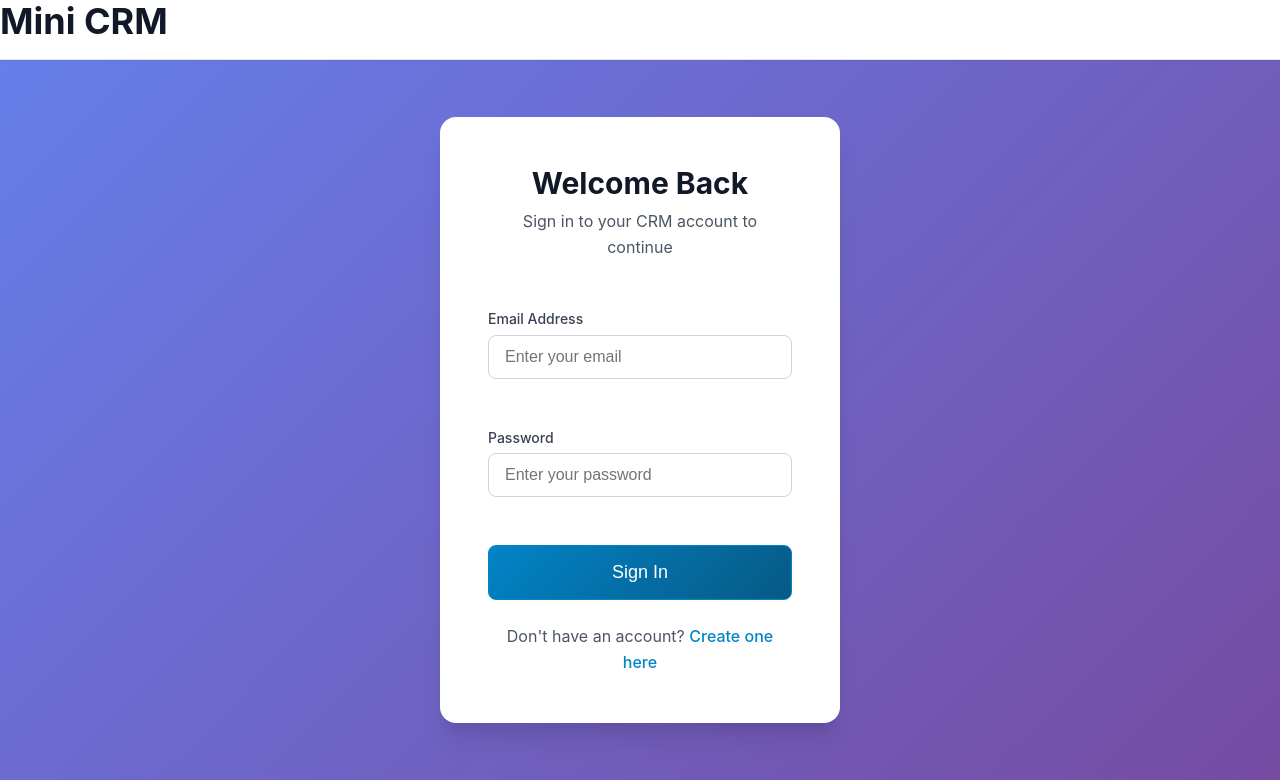
Repository: KarthikMallareddy/Mini-CRM
Page: /reports (app in frontend/)
These files come from the project's save history. The page is drawn as it stood at one moment and after the next save; the edit follows.
The browser window is 1280 px wide. The pictures show the whole page.
The project was rebuilt for these pictures with package versions that can differ from the ones it lists, and the page was loaded fresh each time. Also part of the build but not shown: frontend/src/components/CustomerList.js, frontend/src/components/LeadList.js, frontend/src/components/CustomerDetail.js, frontend/src/components/LeadForm.js, frontend/src/pages/Register.js, frontend/src/pages/Dashboard.js, frontend/src/pages/Reports.js.

Above is the page before, as saved 2025-09-14 11:33:59.

### frontend/public/index.html
<!DOCTYPE html>
<html lang="en">
  <head>
    <meta charset="utf-8" />
    <meta name="viewport" content="width=device-width, initial-scale=1" />
    <meta name="theme-color" content="#000000" />
    <meta
      name="description"
      content="Mini CRM application"
    />
    <title>Mini CRM</title>
  </head>
  <body>
    <noscript>You need to enable JavaScript to run this app.</noscript>
    <div id="root"></div>
  </body>
</html>

### frontend/src/index.js
import React from 'react';
import ReactDOM from 'react-dom/client';
import './styles/global.css';
import './styles/components.css';
import App from './App';
import reportWebVitals from './reportWebVitals';

const root = ReactDOM.createRoot(document.getElementById('root'));
root.render(
  <React.StrictMode>
    <App />
  </React.StrictMode>
);

reportWebVitals();

### frontend/src/styles/global.css
/* Design System Variables */
:root {
  /* Primary Colors */
  --primary-50: #f0f9ff;
  --primary-100: #e0f2fe;
  --primary-200: #bae6fd;
  --primary-300: #7dd3fc;
  --primary-400: #38bdf8;
  --primary-500: #0ea5e9;
  --primary-600: #0284c7;
  --primary-700: #0369a1;
  --primary-800: #075985;
  --primary-900: #0c4a6e;

  /* Neutral Colors */
  --gray-50: #f9fafb;
  --gray-100: #f3f4f6;
  --gray-200: #e5e7eb;
  --gray-300: #d1d5db;
  --gray-400: #9ca3af;
  --gray-500: #6b7280;
  --gray-600: #4b5563;
  --gray-700: #374151;
  --gray-800: #1f2937;
  --gray-900: #111827;

  /* Status Colors */
  --success-500: #10b981;
  --warning-500: #f59e0b;
  --error-500: #ef4444;
  --info-500: #3b82f6;

  /* Gradients */
  --gradient-primary: linear-gradient(135deg, var(--primary-600) 0%, var(--primary-800) 100%);
  --gradient-secondary: linear-gradient(135deg, #667eea 0%, #764ba2 100%);
  --gradient-success: linear-gradient(135deg, #84fab0 0%, #8fd3f4 100%);

  /* Shadows */
  --shadow-sm: 0 1px 2px 0 rgba(0, 0, 0, 0.05);
  --shadow-md: 0 4px 6px -1px rgba(0, 0, 0, 0.1), 0 2px 4px -1px rgba(0, 0, 0, 0.06);
  --shadow-lg: 0 10px 15px -3px rgba(0, 0, 0, 0.1), 0 4px 6px -2px rgba(0, 0, 0, 0.05);
  --shadow-xl: 0 20px 25px -5px rgba(0, 0, 0, 0.1), 0 10px 10px -5px rgba(0, 0, 0, 0.04);

  /* Borders */
  --border-radius-sm: 0.375rem;
  --border-radius-md: 0.5rem;
  --border-radius-lg: 0.75rem;
  --border-radius-xl: 1rem;

  /* Spacing */
  --spacing-xs: 0.25rem;
  --spacing-sm: 0.5rem;
  --spacing-md: 1rem;
  --spacing-lg: 1.5rem;
  --spacing-xl: 2rem;
  --spacing-2xl: 3rem;

  /* Typography */
  --font-size-xs: 0.75rem;
  --font-size-sm: 0.875rem;
  --font-size-md: 1rem;
  --font-size-lg: 1.125rem;
  --font-size-xl: 1.25rem;
  --font-size-2xl: 1.5rem;
  --font-size-3xl: 1.875rem;
  --font-size-4xl: 2.25rem;
}

/* Reset and Base Styles */
* {
  margin: 0;
  padding: 0;
  box-sizing: border-box;
}

body {
  font-family: 'Inter', -apple-system, BlinkMacSystemFont, 'Segoe UI', 'Roboto', 'Oxygen',
    'Ubuntu', 'Cantarell', 'Fira Sans', 'Droid Sans', 'Helvetica Neue', sans-serif;
  -webkit-font-smoothing: antialiased;
  -moz-osx-font-smoothing: grayscale;
  background: var(--gray-50);
  color: var(--gray-900);
  line-height: 1.6;
}

/* Typography */
h1, h2, h3, h4, h5, h6 {
  font-weight: 700;
  line-height: 1.2;
  margin-bottom: var(--spacing-md);
}

h1 { font-size: var(--font-size-4xl); }
h2 { font-size: var(--font-size-3xl); }
h3 { font-size: var(--font-size-2xl); }
h4 { font-size: var(--font-size-xl); }
h5 { font-size: var(--font-size-lg); }
h6 { font-size: var(--font-size-md); }

p {
  margin-bottom: var(--spacing-md);
  color: var(--gray-600);
}

/* Button System */
.btn {
  display: inline-flex;
  align-items: center;
  justify-content: center;
  padding: var(--spacing-sm) var(--spacing-lg);
  border: none;
  border-radius: var(--border-radius-md);
  font-size: var(--font-size-sm);
  font-weight: 500;
  text-decoration: none;
  cursor: pointer;
  transition: all 0.2s ease;
  outline: none;
  min-height: 44px;
}

.btn:focus {
  box-shadow: 0 0 0 3px rgba(59, 130, 246, 0.1);
}

.btn-primary {
  background: var(--gradient-primary);
  color: white;
  border: 1px solid var(--primary-600);
}

.btn-primary:hover {
  transform: translateY(-1px);
  box-shadow: var(--shadow-lg);
}

.btn-secondary {
  background: white;
  color: var(--gray-700);
  border: 1px solid var(--gray-300);
}

.btn-secondary:hover {
  background: var(--gray-50);
  border-color: var(--gray-400);
}

.btn-success {
  background: var(--success-500);
  color: white;
  border: 1px solid var(--success-500);
}

.btn-success:hover {
  background: #059669;
  transform: translateY(-1px);
}

.btn-danger {
  background: var(--error-500);
  color: white;
  border: 1px solid var(--error-500);
}

.btn-danger:hover {
  background: #dc2626;
  transform: translateY(-1px);
}

.btn-sm {
  padding: var(--spacing-xs) var(--spacing-sm);
  font-size: var(--font-size-xs);
  min-height: 32px;
}

.btn-lg {
  padding: var(--spacing-md) var(--spacing-xl);
  font-size: var(--font-size-lg);
  min-height: 52px;
}

/* Form System */
.form-group {
  margin-bottom: var(--spacing-lg);
}

.form-label {
  display: block;
  font-size: var(--font-size-sm);
  font-weight: 500;
  color: var(--gray-700);
  margin-bottom: var(--spacing-xs);
}

.form-input, .form-select, .form-textarea {
  width: 100%;
  padding: var(--spacing-sm) var(--spacing-md);
  border: 1px solid var(--gray-300);
  border-radius: var(--border-radius-md);
  font-size: var(--font-size-md);
  transition: all 0.2s ease;
  background: white;
  min-height: 44px;
}

.form-input:focus, .form-select:focus, .form-textarea:focus {
  outline: none;
  border-color: var(--primary-500);
  box-shadow: 0 0 0 3px rgba(59, 130, 246, 0.1);
}

.form-textarea {
  resize: vertical;
  min-height: 100px;
}

/* Card System */
.card {
  background: white;
  border-radius: var(--border-radius-lg);
  box-shadow: var(--shadow-sm);
  border: 1px solid var(--gray-200);
  overflow: hidden;
  transition: all 0.2s ease;
}

.card:hover {
  box-shadow: var(--shadow-md);
  transform: translateY(-2px);
}

.card-header {
  padding: var(--spacing-lg);
  border-bottom: 1px solid var(--gray-200);
  background: var(--gray-50);
}

.card-body {
  padding: var(--spacing-lg);
}

.card-footer {
  padding: var(--spacing-lg);
  border-top: 1px solid var(--gray-200);
  background: var(--gray-50);
}

/* Grid System */
.grid {
  display: grid;
  gap: var(--spacing-lg);
}

.grid-cols-1 { grid-template-columns: repeat(1, 1fr); }
.grid-cols-2 { grid-template-columns: repeat(2, 1fr); }
.grid-cols-3 { grid-template-columns: repeat(3, 1fr); }
.grid-cols-4 { grid-template-columns: repeat(4, 1fr); }

/* Flexbox Utilities */
.flex { display: flex; }
.flex-col { flex-direction: column; }
.items-center { align-items: center; }
.justify-center { justify-content: center; }
.justify-between { justify-content: space-between; }
.gap-sm { gap: var(--spacing-sm); }
.gap-md { gap: var(--spacing-md); }
.gap-lg { gap: var(--spacing-lg); }

/* Status Badges */
.badge {
  display: inline-flex;
  align-items: center;
  padding: var(--spacing-xs) var(--spacing-sm);
  border-radius: var(--border-radius-sm);
  font-size: var(--font-size-xs);
  font-weight: 500;
  text-transform: uppercase;
  letter-spacing: 0.05em;
}

.badge-new { background: var(--info-500); color: white; }
.badge-contacted { background: var(--warning-500); color: white; }
.badge-converted { background: var(--success-500); color: white; }
.badge-lost { background: var(--error-500); color: white; }

/* Loading States */
.loading {
  display: flex;
  align-items: center;
  justify-content: center;
  padding: var(--spacing-2xl);
  color: var(--gray-500);
}

.spinner {
  width: 24px;
  height: 24px;
  border: 2px solid var(--gray-200);
  border-top: 2px solid var(--primary-500);
  border-radius: 50%;
  animation: spin 1s linear infinite;
  margin-right: var(--spacing-sm);
}

@keyframes spin {
  0% { transform: rotate(0deg); }
  100% { transform: rotate(360deg); }
}

/* Animations */
@keyframes fadeIn {
  from { opacity: 0; transform: translateY(10px); }
  to { opacity: 1; transform: translateY(0); }
}

@keyframes slideIn {
  from { transform: translateX(-100%); }
  to { transform: translateX(0); }
}

.fade-in {
  animation: fadeIn 0.3s ease-out;
}

.slide-in {
  animation: slideIn 0.3s ease-out;
}

/* Container */
.container {
  max-width: 1200px;
  margin: 0 auto;
  padding: 0 var(--spacing-lg);
}

/* Error and Success Messages */
.alert {
  padding: var(--spacing-md);
  border-radius: var(--border-radius-md);
  margin-bottom: var(--spacing-lg);
  border: 1px solid;
}

.alert-success {
  background: #f0fdf4;
  border-color: var(--success-500);
  color: #166534;
}

.alert-error {
  background: #fef2f2;
  border-color: var(--error-500);
  color: #991b1b;
}

.alert-info {
  background: #eff6ff;
  border-color: var(--info-500);
  color: #1e40af;
}

/* Responsive Design */
@media (max-width: 768px) {
  .grid-cols-2 { grid-template-columns: 1fr; }
  .grid-cols-3 { grid-template-columns: 1fr; }
  .grid-cols-4 { grid-template-columns: repeat(2, 1fr); }

  .btn {
    width: 100%;
    justify-content: center;
  }

  .flex {
    flex-direction: column;
  }

  .justify-between {
    align-items: stretch;
    gap: var(--spacing-sm);
  }
}

@media (max-width: 480px) {
  .grid-cols-4 { grid-template-columns: 1fr; }
}

/* Utility Classes */
.text-center { text-align: center; }
.text-right { text-align: right; }
.text-primary { color: var(--primary-600); }
.text-success { color: var(--success-500); }
.text-warning { color: var(--warning-500); }
.text-error { color: var(--error-500); }
.text-muted { color: var(--gray-500); }

.bg-primary { background: var(--primary-500); }
.bg-success { background: var(--success-500); }
.bg-warning { background: var(--warning-500); }
.bg-error { background: var(--error-500); }

.w-full { width: 100%; }
.h-full { height: 100%; }
.min-h-screen { min-height: 100vh; }

.cursor-pointer { cursor: pointer; }
.select-none { user-select: none; }

### frontend/src/styles/components.css
/* Authentication Pages Styles */
.auth-page {
  min-height: 100vh;
  display: flex;
  align-items: center;
  justify-content: center;
  background: var(--gradient-secondary);
  padding: var(--spacing-lg);
}

.auth-container {
  background: white;
  border-radius: var(--border-radius-xl);
  box-shadow: var(--shadow-xl);
  padding: var(--spacing-2xl);
  width: 100%;
  max-width: 400px;
  animation: fadeIn 0.5s ease-out;
}

.auth-header {
  text-align: center;
  margin-bottom: var(--spacing-2xl);
}

.auth-title {
  font-size: var(--font-size-3xl);
  font-weight: 700;
  color: var(--gray-900);
  margin-bottom: var(--spacing-sm);
}

.auth-subtitle {
  color: var(--gray-600);
  font-size: var(--font-size-md);
}

.auth-form {
  display: flex;
  flex-direction: column;
  gap: var(--spacing-lg);
}

.auth-toggle {
  text-align: center;
  margin-top: var(--spacing-lg);
  color: var(--gray-600);
}

.auth-toggle a {
  color: var(--primary-600);
  text-decoration: none;
  font-weight: 500;
}

.auth-toggle a:hover {
  color: var(--primary-700);
  text-decoration: underline;
}

/* Dashboard Styles */
.dashboard {
  min-height: 100vh;
  background: var(--gray-50);
}

.dashboard-header {
  background: white;
  border-bottom: 1px solid var(--gray-200);
  padding: var(--spacing-lg) 0;
  margin-bottom: var(--spacing-xl);
}

.dashboard-title {
  font-size: var(--font-size-3xl);
  font-weight: 700;
  color: var(--gray-900);
  margin-bottom: var(--spacing-sm);
}

.stats-grid {
  display: grid;
  grid-template-columns: repeat(auto-fit, minmax(250px, 1fr));
  gap: var(--spacing-lg);
  margin-bottom: var(--spacing-2xl);
}

.stat-card {
  background: white;
  border-radius: var(--border-radius-lg);
  padding: var(--spacing-lg);
  box-shadow: var(--shadow-sm);
  border: 1px solid var(--gray-200);
  transition: all 0.2s ease;
}

.stat-card:hover {
  box-shadow: var(--shadow-md);
  transform: translateY(-2px);
}

.stat-icon {
  width: 48px;
  height: 48px;
  border-radius: var(--border-radius-md);
  display: flex;
  align-items: center;
  justify-content: center;
  margin-bottom: var(--spacing-md);
  font-size: var(--font-size-xl);
  color: white;
}

.stat-icon.customers { background: var(--gradient-primary); }
.stat-icon.leads { background: var(--gradient-success); }
.stat-icon.revenue { background: var(--gradient-secondary); }

.stat-value {
  font-size: var(--font-size-2xl);
  font-weight: 700;
  color: var(--gray-900);
  margin-bottom: var(--spacing-xs);
}

.stat-label {
  color: var(--gray-600);
  font-size: var(--font-size-sm);
  font-weight: 500;
}

.dashboard-content {
  display: grid;
  grid-template-columns: 1fr 400px;
  gap: var(--spacing-xl);
  align-items: start;
}

@media (max-width: 1024px) {
  .dashboard-content {
    grid-template-columns: 1fr;
  }
}

/* Customer List Styles */
.customer-list {
  background: white;
  border-radius: var(--border-radius-lg);
  box-shadow: var(--shadow-sm);
  border: 1px solid var(--gray-200);
  overflow: hidden;
}

.customer-list-header {
  padding: var(--spacing-lg);
  border-bottom: 1px solid var(--gray-200);
  background: var(--gray-50);
  display: flex;
  justify-content: between;
  align-items: center;
  flex-wrap: wrap;
  gap: var(--spacing-md);
}

.search-bar {
  flex: 1;
  min-width: 250px;
}

.search-input {
  width: 100%;
  padding: var(--spacing-sm) var(--spacing-md);
  border: 1px solid var(--gray-300);
  border-radius: var(--border-radius-md);
  font-size: var(--font-size-sm);
  transition: all 0.2s ease;
}

.search-input:focus {
  outline: none;
  border-color: var(--primary-500);
  box-shadow: 0 0 0 3px rgba(59, 130, 246, 0.1);
}

.customers-grid {
  display: grid;
  grid-template-columns: repeat(auto-fill, minmax(300px, 1fr));
  gap: var(--spacing-lg);
  padding: var(--spacing-lg);
}

.customer-card {
  background: white;
  border: 1px solid var(--gray-200);
  border-radius: var(--border-radius-lg);
  padding: var(--spacing-lg);
  transition: all 0.2s ease;
  cursor: pointer;
}

.customer-card:hover {
  box-shadow: var(--shadow-md);
  transform: translateY(-2px);
  border-color: var(--primary-300);
}

.customer-card h3 {
  font-size: var(--font-size-lg);
  font-weight: 600;
  color: var(--gray-900);
  margin-bottom: var(--spacing-sm);
}

.customer-card p {
  color: var(--gray-600);
  font-size: var(--font-size-sm);
  margin-bottom: var(--spacing-xs);
}

.customer-card .actions {
  display: flex;
  gap: var(--spacing-sm);
  margin-top: var(--spacing-md);
  padding-top: var(--spacing-md);
  border-top: 1px solid var(--gray-200);
}

.customer-edit-form {
  display: flex;
  flex-direction: column;
  gap: var(--spacing-sm);
}

.customer-edit-form input {
  padding: var(--spacing-xs) var(--spacing-sm);
  border: 1px solid var(--gray-300);
  border-radius: var(--border-radius-sm);
  font-size: var(--font-size-sm);
}

.add-customer-form {
  background: var(--gray-50);
  padding: var(--spacing-lg);
  border-bottom: 1px solid var(--gray-200);
  display: grid;
  grid-template-columns: repeat(auto-fit, minmax(200px, 1fr));
  gap: var(--spacing-md);
  align-items: end;
}

.add-customer-form input {
  padding: var(--spacing-sm);
  border: 1px solid var(--gray-300);
  border-radius: var(--border-radius-md);
  font-size: var(--font-size-sm);
}

/* Lead List Styles */
.lead-list {
  background: white;
  border-radius: var(--border-radius-lg);
  box-shadow: var(--shadow-sm);
  border: 1px solid var(--gray-200);
  overflow: hidden;
}

.lead-list-header {
  padding: var(--spacing-lg);
  border-bottom: 1px solid var(--gray-200);
  background: var(--gray-50);
  display: flex;
  justify-content: space-between;
  align-items: center;
  flex-wrap: wrap;
  gap: var(--spacing-md);
}

.lead-filters {
  padding: var(--spacing-md) var(--spacing-lg);
  border-bottom: 1px solid var(--gray-200);
  background: var(--gray-50);
}

.leads-grid {
  display: grid;
  gap: var(--spacing-md);
  padding: var(--spacing-lg);
}

.lead-card {
  border: 1px solid var(--gray-200);
  border-radius: var(--border-radius-md);
  padding: var(--spacing-md);
  transition: all 0.2s ease;
}

.lead-card:hover {
  box-shadow: var(--shadow-sm);
  border-color: var(--primary-300);
}

.lead-card h3 {
  font-size: var(--font-size-md);
  font-weight: 600;
  color: var(--gray-900);
  margin-bottom: var(--spacing-xs);
}

.lead-card p {
  color: var(--gray-600);
  font-size: var(--font-size-sm);
  margin-bottom: var(--spacing-xs);
}

.lead-status {
  display: flex;
  align-items: center;
  gap: var(--spacing-sm);
  margin: var(--spacing-sm) 0;
}

.lead-edit-form {
  display: flex;
  flex-direction: column;
  gap: var(--spacing-sm);
}

.lead-edit-form input,
.lead-edit-form textarea,
.lead-edit-form select {
  padding: var(--spacing-xs) var(--spacing-sm);
  border: 1px solid var(--gray-300);
  border-radius: var(--border-radius-sm);
  font-size: var(--font-size-sm);
}

.add-lead-form {
  background: var(--gray-50);
  padding: var(--spacing-lg);
  border-bottom: 1px solid var(--gray-200);
  display: grid;
  grid-template-columns: repeat(auto-fit, minmax(200px, 1fr));
  gap: var(--spacing-md);
  align-items: end;
}

/* Pagination Styles */
.pagination {
  display: flex;
  justify-content: center;
  align-items: center;
  gap: var(--spacing-md);
  padding: var(--spacing-lg);
  background: white;
  border-top: 1px solid var(--gray-200);
}

.pagination button {
  padding: var(--spacing-sm) var(--spacing-md);
  border: 1px solid var(--gray-300);
  background: white;
  color: var(--gray-700);
  border-radius: var(--border-radius-md);
  cursor: pointer;
  transition: all 0.2s ease;
}

.pagination button:hover:not(:disabled) {
  background: var(--gray-50);
  border-color: var(--gray-400);
}

.pagination button:disabled {
  opacity: 0.5;
  cursor: not-allowed;
}

.pagination span {
  color: var(--gray-600);
  font-size: var(--font-size-sm);
}

/* Navigation Styles */
.navbar {
  background: white;
  border-bottom: 1px solid var(--gray-200);
  box-shadow: var(--shadow-sm);
  position: sticky;
  top: 0;
  z-index: 100;
}

.navbar-content {
  max-width: 1200px;
  margin: 0 auto;
  padding: 0 var(--spacing-lg);
  display: flex;
  justify-content: space-between;
  align-items: center;
  height: 64px;
}

.navbar-brand {
  font-size: var(--font-size-xl);
  font-weight: 700;
  color: var(--primary-600);
  text-decoration: none;
}

.navbar-nav {
  display: flex;
  gap: var(--spacing-lg);
  align-items: center;
}

.navbar-link {
  color: var(--gray-600);
  text-decoration: none;
  font-weight: 500;
  transition: color 0.2s ease;
}

.navbar-link:hover {
  color: var(--primary-600);
}

.navbar-link.active {
  color: var(--primary-600);
}

/* Customer Detail Page */
.customer-detail {
  min-height: 100vh;
  background: var(--gray-50);
  padding: var(--spacing-xl) 0;
}

.customer-detail-header {
  background: white;
  border-radius: var(--border-radius-lg);
  box-shadow: var(--shadow-sm);
  padding: var(--spacing-xl);
  margin-bottom: var(--spacing-xl);
}

.customer-detail-content {
  display: grid;
  grid-template-columns: 1fr 1fr;
  gap: var(--spacing-xl);
}

@media (max-width: 768px) {
  .customer-detail-content {
    grid-template-columns: 1fr;
  }
}

/* Reports Page */
.reports {
  min-height: 100vh;
  background: var(--gray-50);
  padding: var(--spacing-xl) 0;
}

.reports-header {
  background: white;
  border-radius: var(--border-radius-lg);
  box-shadow: var(--shadow-sm);
  padding: var(--spacing-xl);
  margin-bottom: var(--spacing-xl);
  text-align: center;
}

.charts-grid {
  display: grid;
  grid-template-columns: repeat(auto-fit, minmax(400px, 1fr));
  gap: var(--spacing-xl);
}

.chart-card {
  background: white;
  border-radius: var(--border-radius-lg);
  box-shadow: var(--shadow-sm);
  padding: var(--spacing-xl);
  border: 1px solid var(--gray-200);
}

.chart-title {
  font-size: var(--font-size-lg);
  font-weight: 600;
  color: var(--gray-900);
  margin-bottom: var(--spacing-lg);
  text-align: center;
}

/* Empty States */
.empty-state {
  text-align: center;
  padding: var(--spacing-2xl);
  color: var(--gray-500);
}

.empty-state-icon {
  font-size: var(--font-size-4xl);
  margin-bottom: var(--spacing-md);
  opacity: 0.5;
}

.empty-state-message {
  font-size: var(--font-size-lg);
  margin-bottom: var(--spacing-sm);
}

.empty-state-description {
  font-size: var(--font-size-sm);
  color: var(--gray-400);
}

### frontend/src/App.js
import React from 'react';
import { BrowserRouter as Router, Routes, Route, Navigate } from 'react-router-dom';
import { Navbar, CustomerDetail } from './components';
import Register from './pages/Register';
import Login from './pages/Login';
import Dashboard from './pages/Dashboard';
import Reports from './pages/Reports';

function App() {
  const isAuthenticated = !!localStorage.getItem('token');

  return (
    <Router>
      <Navbar />
      <Routes>
        <Route path="/" element={<Navigate to={isAuthenticated ? "/dashboard" : "/login"} />} />
        <Route path="/register" element={<Register />} />
        <Route path="/login" element={<Login />} />
        <Route
          path="/dashboard"
          element={isAuthenticated ? <Dashboard /> : <Navigate to="/login" />}
        />
        <Route
          path="/customers/:id"
          element={isAuthenticated ? <CustomerDetail /> : <Navigate to="/login" />}
        />
        <Route
          path="/reports"
          element={isAuthenticated ? <Reports /> : <Navigate to="/login" />}
        />
      </Routes>
    </Router>
  );
}

export default App;

### frontend/src/components/index.js
// Centralized export for all components
export { default as Navbar } from './Navbar';
export { default as CustomerList } from './CustomerList';
export { default as CustomerDetail } from './CustomerDetail';
export { default as LeadList } from './LeadList';
export { default as LeadForm } from './LeadForm';

### frontend/src/components/Navbar.js
import React from 'react';
import { useNavigate } from 'react-router-dom';

const Navbar = () => {
  const navigate = useNavigate();
  const isAuthenticated = !!localStorage.getItem('token');

  const handleLogout = () => {
    localStorage.removeItem('token');
    navigate('/login');
  };

  return (
    <nav className="navbar">
      <h1>Mini CRM</h1>
      {isAuthenticated && (
        <button onClick={handleLogout} style={{
          background: '#dc3545',
          color: 'white',
          border: 'none',
          padding: '8px 16px',
          borderRadius: '4px',
          cursor: 'pointer'
        }}>
          Logout
        </button>
      )}
    </nav>
  );
};

export default Navbar;

Loaded but not shown: frontend/src/reportWebVitals.js (common file); frontend/src/pages/Login.js (103 lines, source omitted)

After the next save:
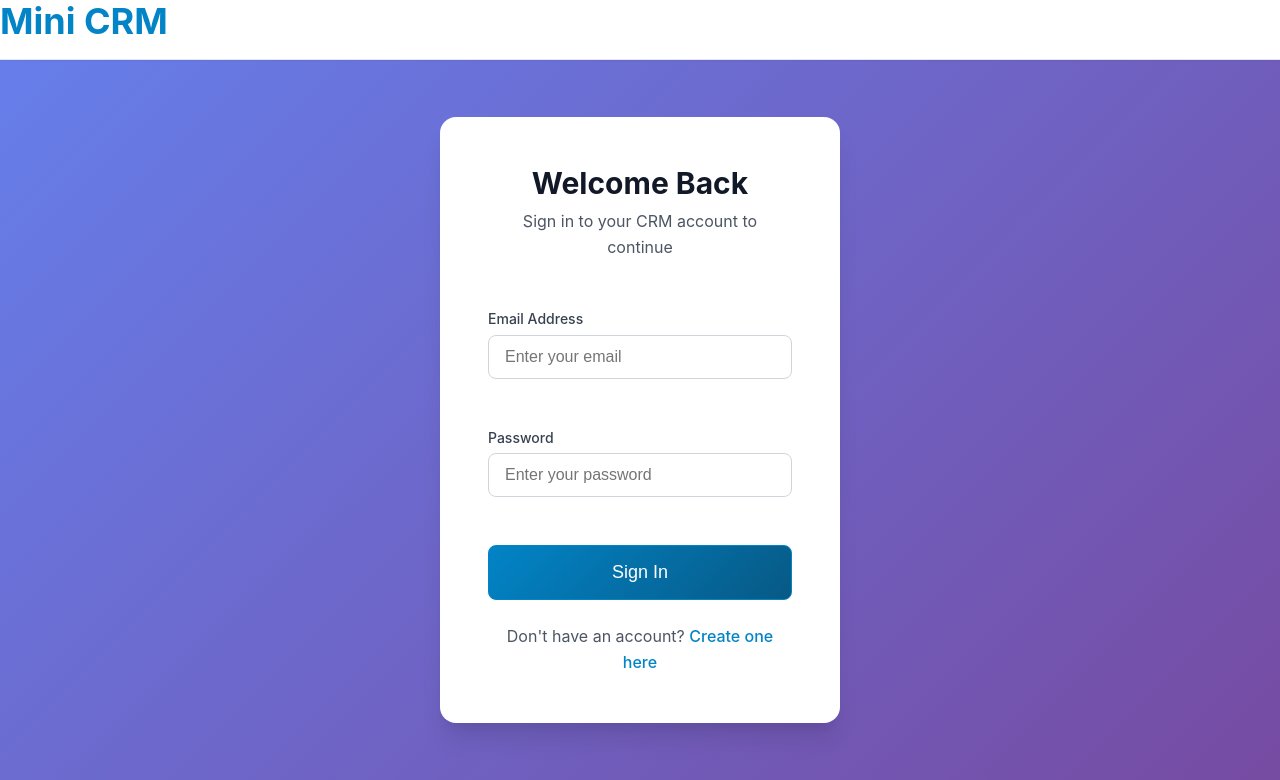
Saved 5 min 53 s later.
--- a/frontend/src/components/Navbar.js
+++ b/frontend/src/components/Navbar.js
@@ -1,8 +1,9 @@
 import React from 'react';
-import { useNavigate } from 'react-router-dom';
+import { useNavigate, Link, useLocation } from 'react-router-dom';
 
 const Navbar = () => {
   const navigate = useNavigate();
+  const location = useLocation();
   const isAuthenticated = !!localStorage.getItem('token');
 
   const handleLogout = () => {
@@ -10,18 +11,33 @@ const Navbar = () => {
     navigate('/login');
   };
 
+  const isActive = (path) => location.pathname === path;
+
   return (
     <nav className="navbar">
-      <h1>Mini CRM</h1>
+      <div className="navbar-brand">
+        <h1>Mini CRM</h1>
+      </div>
+
       {isAuthenticated && (
-        <button onClick={handleLogout} style={{
-          background: '#dc3545',
-          color: 'white',
-          border: 'none',
-          padding: '8px 16px',
-          borderRadius: '4px',
-          cursor: 'pointer'
-        }}>
+        <div className="navbar-nav">
+          <Link
+            to="/dashboard"
+            className={`nav-link ${isActive('/dashboard') ? 'nav-link-active' : ''}`}
+          >
+            Dashboard
+          </Link>
+          <Link
+            to="/reports"
+            className={`nav-link ${isActive('/reports') ? 'nav-link-active' : ''}`}
+          >
+            Reports
+          </Link>
+        </div>
+      )}
+
+      {isAuthenticated && (
+        <button onClick={handleLogout} className="btn btn-danger btn-sm">
           Logout
         </button>
       )}
